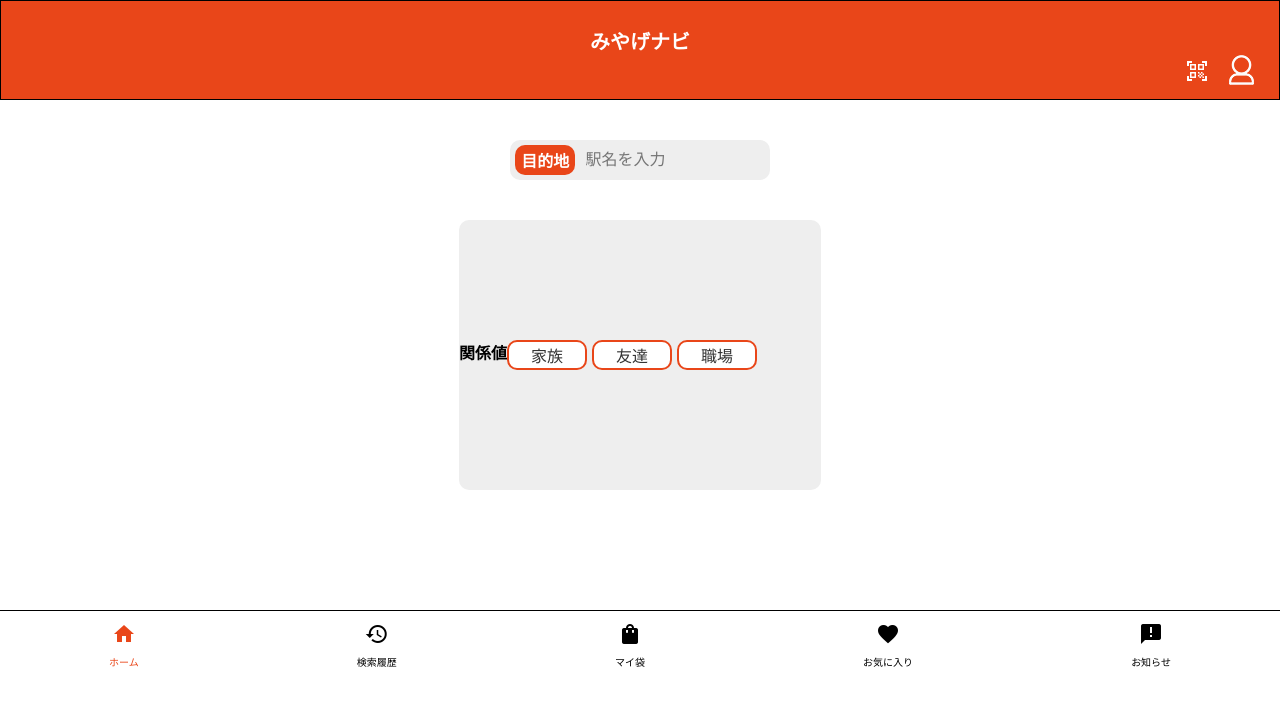
Repository: ama-ne2/miyage_nav
Page: index.html
These files come from the project's save history. The page is drawn as it stood at one moment and after the next save; the edit follows.
The browser window is 1280 px wide. The pictures show the whole page.

Above is the page before, as saved 2026-02-06 17:48:50.

### index.html
<!DOCTYPE html>
<html lang="ja">
<head>
    <meta charset="utf-8">
    <meta name="viewport" content="width=device-width, initial-scale=1">
    <meta name="color-scheme" content="light dark">
    <meta name="format-detection" content="telephone=no">
    <meta name="description" content="ここに説明文を設定">
    <title>index</title>

    <!-- 共有用 OGP / X(Twitter) -->
    <meta property="og:site_name" content="サイト名">
    <meta property="og:title" content="サイトタイトル">
    <meta property="og:description" content="サイト説明文">
    <meta property="og:type" content="website">
    <meta property="og:url" content="https://hoge.ecc.com/">
    <meta property="og:image" content="https://hoge.ecc.com/ogp.png">
    <meta name="twitter:card" content="summary_large_image">
    <meta name="twitter:site" content="@twitteraccount">

    <!-- 正規URL -->
    <link rel="canonical" href="https://hoge.ecc.com/">

    <!-- アイコン（SVG優先、ICOフォールバック、Apple Touch） -->
    <link rel="icon" type="image/svg+xml" href="/favicon.svg">
    <link rel="alternate icon" href="/favicon.ico">
    <link rel="apple-touch-icon" href="/apple-touch-icon.png" sizes="180x180">

    <!-- テーマカラー（PWAでなくてもアドレスバー色に反映） -->
    <meta name="theme-color" content="#FFFFFF">

    <link rel="stylesheet" href="css/ress.css">
    <link rel="stylesheet" href="css/style.css">
    <link rel="stylesheet" href="css/index.css">
    <link href="https://fonts.googleapis.com/icon?family=Material+Icons" rel="stylesheet">

</head>
<body>
<div class="main_content">
    <header>
        <div class="header_wrap">
            <h1  class="header_title">みやげナビ</h1>
            <div class="header_icon_wrap">
            <span class="material-icons qr_mark">
                    qr_code_scanner
                </span>
                <p><img src="img/icon.png" alt="マイページのアイコン" class="mypage_icon"></p>
            </div>
        </div>
    </header>
    <main>
        <div class="destination">
            <p>目的地</p>
            <input type="text" placeholder="駅名を入力">
        </div>
        <div class="keyword_wrap">
            <div class="keyword">
                <h2>関係値</h2>
                        <div class="radio_wrap">
                            <input type="radio" name="related" value="家族" id="family"> <label for="family">家族</label>
                            <input type="radio" name="related" value="友達" id="friend"> <label for="friend">友達</label>
                            <input type="radio" name="related" value="職場" id="office"> <label for="office">職場</label>
                        </div>
            </div>

        </div>
    </main>
    <footer>
        <div class="footer_icon active">
            <span class="material-icons">
            home
            </span>
            <p>ホーム</p>
        </div>
        <div class="footer_icon">
            <span class="material-icons">
            history
            </span>
            <p>検索履歴</p>
        </div>
        <div class="footer_icon">
        <span class="material-icons">
        shopping_bag
        </span>
            <p>マイ袋</p>
        </div>
        <div class="footer_icon">
            <span class="material-icons">
            favorite
            </span>
            <p>お気に入り</p>
        </div>
        <div class="footer_icon">
            <span class="material-icons">
            announcement
            </span>
            <p>お知らせ</p>
        </div>
    </footer>
</div>
</body>
</html>

### css/ress.css

/* resset.dev • v5.0.2 */

/* # =================================================================
   # Global selectors
   # ================================================================= */

html {
  box-sizing: border-box;
  -webkit-text-size-adjust: 100%; /* Prevent adjustments of font size after orientation changes in iOS */
  word-break: normal;
  -moz-tab-size: 4;
  tab-size: 4;
}

*,
::before,
::after {
  background-repeat: no-repeat; /* Set `background-repeat: no-repeat` to all elements and pseudo elements */
  box-sizing: inherit;
}

::before,
::after {
  text-decoration: inherit; /* Inherit text-decoration and vertical align to ::before and ::after pseudo elements */
  vertical-align: inherit;
}

* {
  padding: 0; /* Reset `padding` and `margin` of all elements */
  margin: 0;
}

/* # =================================================================
   # General elements
   # ================================================================= */

hr {
  overflow: visible; /* Show the overflow in Edge and IE */
  height: 0; /* Add the correct box sizing in Firefox */
  color: inherit; /* Correct border color in Firefox. */
}

details,
main {
  display: block; /* Render the `main` element consistently in IE. */
}

summary {
  display: list-item; /* Add the correct display in all browsers */
}

small {
  font-size: 80%; /* Set font-size to 80% in `small` elements */
}

[hidden] {
  display: none; /* Add the correct display in IE */
}

abbr[title] {
  border-bottom: none; /* Remove the bottom border in Chrome 57 */
  /* Add the correct text decoration in Chrome, Edge, IE, Opera, and Safari */
  text-decoration: underline;
  text-decoration: underline dotted;
}

a {
  background-color: transparent; /* Remove the gray background on active links in IE 10 */
}

a:active,
a:hover {
  outline-width: 0; /* Remove the outline when hovering in all browsers */
}

code,
kbd,
pre,
samp {
  font-family: monospace, monospace; /* Specify the font family of code elements */
}

pre {
  font-size: 1em; /* Correct the odd `em` font sizing in all browsers */
}

b,
strong {
  font-weight: bolder; /* Add the correct font weight in Chrome, Edge, and Safari */
}

/* https://gist.github.com/unruthless/413930 */
sub,
sup {
  font-size: 75%;
  line-height: 0;
  position: relative;
  vertical-align: baseline;
}

sub {
  bottom: -0.25em;
}

sup {
  top: -0.5em;
}

table {
  border-color: inherit; /* Correct border color in all Chrome, Edge, and Safari. */
  text-indent: 0; /* Remove text indentation in Chrome, Edge, and Safari */
}

iframe {
  border-style: none;
}

/* # =================================================================
   # Forms
   # ================================================================= */

input {
  border-radius: 0;
}

[type='number']::-webkit-inner-spin-button,
[type='number']::-webkit-outer-spin-button {
  height: auto; /* Correct the cursor style of increment and decrement buttons in Chrome */
}

[type='search'] {
  -webkit-appearance: textfield; /* Correct the odd appearance in Chrome and Safari */
  outline-offset: -2px; /* Correct the outline style in Safari */
}

[type='search']::-webkit-search-decoration {
  -webkit-appearance: none; /* Remove the inner padding in Chrome and Safari on macOS */
}

textarea {
  overflow: auto; /* Internet Explorer 11+ */
  resize: vertical; /* Specify textarea resizability */
}

button,
input,
optgroup,
select,
textarea {
  font: inherit; /* Specify font inheritance of form elements */
}

optgroup {
  font-weight: bold; /* Restore the font weight unset by the previous rule */
}

button {
  overflow: visible; /* Address `overflow` set to `hidden` in IE 8/9/10/11 */
}

button,
select {
  text-transform: none; /* Firefox 40+, Internet Explorer 11- */
}

/* Apply cursor pointer to button elements */
button,
[type='button'],
[type='reset'],
[type='submit'],
[role='button'] {
  cursor: pointer;
}

/* Remove inner padding and border in Firefox 4+ */
button::-moz-focus-inner,
[type='button']::-moz-focus-inner,
[type='reset']::-moz-focus-inner,
[type='submit']::-moz-focus-inner {
  border-style: none;
  padding: 0;
}

/* Replace focus style removed in the border reset above */
button:-moz-focusring,
[type='button']::-moz-focus-inner,
[type='reset']::-moz-focus-inner,
[type='submit']::-moz-focus-inner {
  outline: 1px dotted ButtonText;
}

button,
html [type='button'], /* Prevent a WebKit bug where (2) destroys native `audio` and `video`controls in Android 4 */
[type='reset'],
[type='submit'] {
  -webkit-appearance: button; /* Correct the inability to style clickable types in iOS */
}

/* Remove the default button styling in all browsers */
button,
input,
select,
textarea {
  background-color: transparent;
  border-style: none;
}

a:focus,
button:focus,
input:focus,
select:focus,
textarea:focus {
  outline-width: 0;
}

/* Style select like a standard input */
select {
  -moz-appearance: none; /* Firefox 36+ */
  -webkit-appearance: none; /* Chrome 41+ */
}

select::-ms-expand {
  display: none; /* Internet Explorer 11+ */
}

select::-ms-value {
  color: currentColor; /* Internet Explorer 11+ */
}

legend {
  border: 0; /* Correct `color` not being inherited in IE 8/9/10/11 */
  color: inherit; /* Correct the color inheritance from `fieldset` elements in IE */
  display: table; /* Correct the text wrapping in Edge and IE */
  max-width: 100%; /* Correct the text wrapping in Edge and IE */
  white-space: normal; /* Correct the text wrapping in Edge and IE */
  max-width: 100%; /* Correct the text wrapping in Edge 18- and IE */
}

::-webkit-file-upload-button {
  /* Correct the inability to style clickable types in iOS and Safari */
  -webkit-appearance: button;
  color: inherit;
  font: inherit; /* Change font properties to `inherit` in Chrome and Safari */
}

/* Replace pointer cursor in disabled elements */
[disabled] {
  cursor: default;
}

/* # =================================================================
   # Specify media element style
   # ================================================================= */

img {
  border-style: none; /* Remove border when inside `a` element in IE 8/9/10 */
}

/* Add the correct vertical alignment in Chrome, Firefox, and Opera */
progress {
  vertical-align: baseline;
}

/* # =================================================================
   # Accessibility
   # ================================================================= */

/* Specify the progress cursor of updating elements */
[aria-busy='true'] {
  cursor: progress;
}

/* Specify the pointer cursor of trigger elements */
[aria-controls] {
  cursor: pointer;
}

/* Specify the unstyled cursor of disabled, not-editable, or otherwise inoperable elements */
[aria-disabled='true'] {
  cursor: default;
}

### css/style.css
html{
    font-size: 62.5%;
}

html , body{
    width: 100%;
    height: 100%;
    font-family: "Hiragino Kaku Gothic Pro" , sans-serif;
    display: flex;
    justify-content: center;
    /* background-image: url("../img/miyage_nav_logo.png");
    background-repeat: repeat; */
}
.main_content{
    width: 402px;
}

header{
    width: 100%;
    height: 100px;
    background-color: #E94619;
    position: fixed;
    top: 0;
    left: 0;
    .header_wrap{
        border: 1px solid #000;
        display: flex;
        flex-direction: column;
        justify-content: end;
        margin-top: auto;
        height: 100%;
    }
    .header_title{
        display: flex;
        color: #fff;
        justify-content: center;
    }
    .qr_mark{
        color: #fff;
    }
    .header_icon_wrap{
        /* border: 1px solid #000; */
        display: flex;
        justify-content: end;
        align-items: center;
        margin-right: 25px;
        margin-bottom: 12px;
        gap: 20px;
    }
}
main{
    overflow: scroll;
    /* border: #000 solid 1px; */
}
footer{
    background-color: #fff;
    position: fixed;
    bottom: 0;
    left: 0;
    display: flex;
    justify-content: space-around;
    width: 100vw;
    height: 110px;
    border-top: #000 solid 1px;

/* footerのアイコンたち */
    .footer_icon{
        display: flex;
        flex-direction: column;
        align-items: center;
        gap: 8px;
        margin-top: 11px;
        &.active{
            color: #E94619;
        }
    }
}

### css/index.css
main {
    margin-top: 100px;
}

.destination{
    display: flex;
    align-items: center;
    background-color: #EEE;
    border-radius: 10px;
    width: 260px;
    height: 40px;
    gap: 10px;
    margin: 40px auto;
    p{
        background-color: #E94619;
        color: #fff;
        width: 70px;
        height: 30px;
        display: flex;
        justify-content: center;
        align-items: center;
        border-radius: 10px;
        font-size: 1.6rem;
        font-weight: bold;
        margin-left: 5px;
    }
    input{
        height: 30px;
        width: 80%;
        margin-right: 5px;
        font-size: 1.6rem;
    }
}

.keyword_wrap{
    background-color: #EEE;
    border-radius: 10px;
    width: 362px;
    height: 270px;
    margin: 0 20px;
    display: flex;
    align-items: center;
}
.keyword{
    display: flex;
    justify-content: center;
    h2{
        font-size: 1.6rem;
    }
    input[type="radio"]{
        background-color: tomato;
        display: none;
    }
    input[type="radio"] + label{
        color: #333;
        background-color: #fff;
        border: solid 2px #E94619;
        display: flex;
        justify-content: center;
        align-items: center;
        border-radius: 10px;
        font-size: 1.6rem;
        width: 80px;
        height: 30px;
    }
    input[type="radio"]:checked + label{
        color: #fff;
        background-color: #E94619;
    }
}

.radio_wrap{
    display: flex;
    gap: 5px;
}

After the next save:
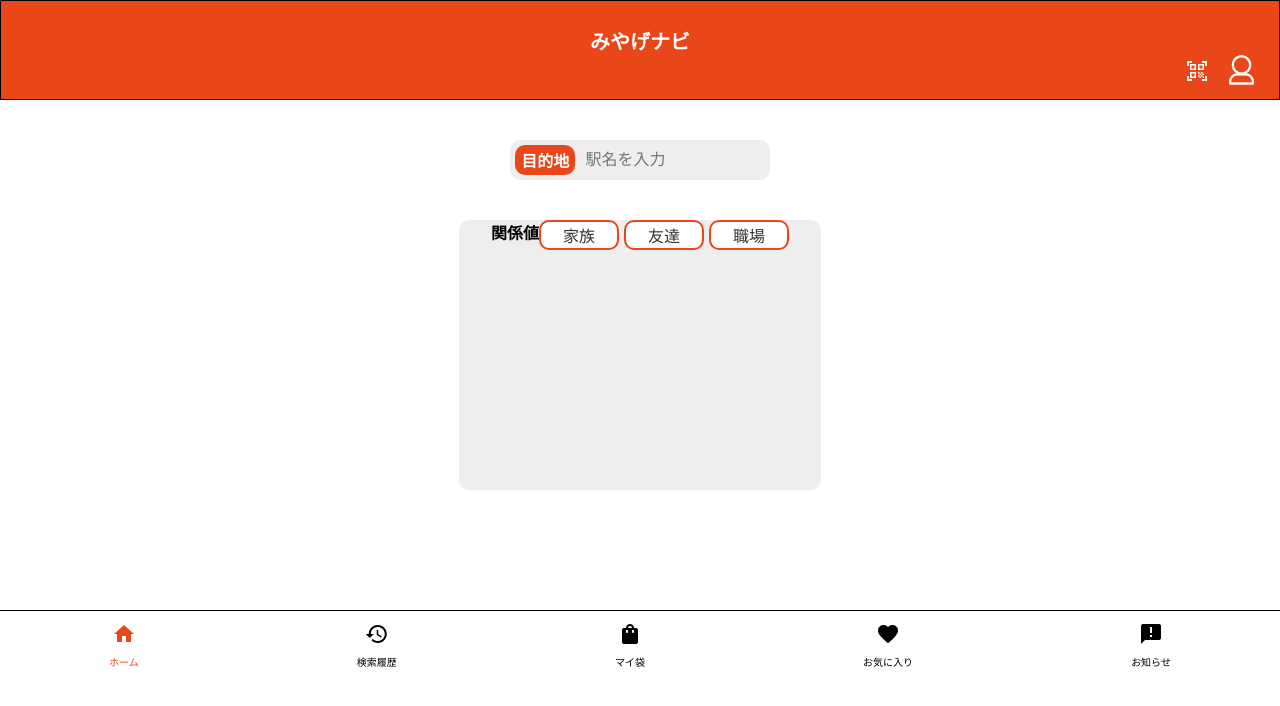
Saved 9 s later.
--- a/css/index.css
+++ b/css/index.css
@@ -38,12 +38,11 @@ main {
     width: 362px;
     height: 270px;
     margin: 0 20px;
-    display: flex;
-    align-items: center;
 }
 .keyword{
     display: flex;
     justify-content: center;
+    margin: 30px 20px;
     h2{
         font-size: 1.6rem;
     }
